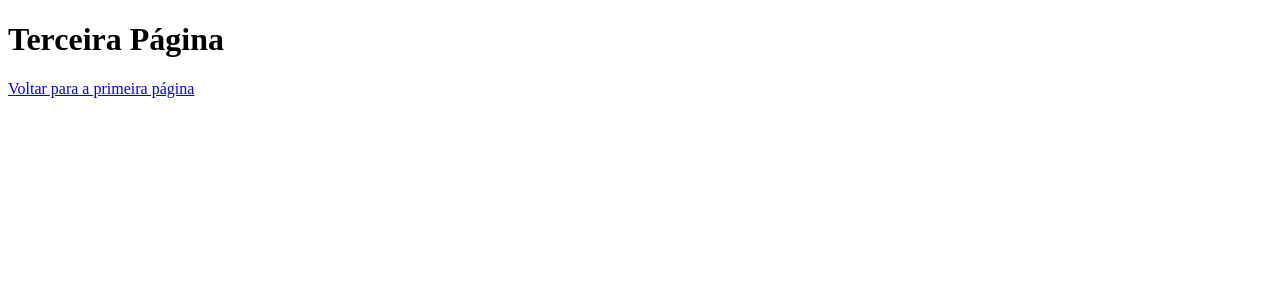
Repository: Guillermomarcon/exercicios
Page: ex0010/index3.html
The author's editor kept a copy of each file at every save. The page is drawn from the files as they stood at one save, then again after the next save.
The browser window is 1280 px wide. The pictures show the whole page.

Above is the page before, as saved 2020-12-14 00:17:17.

After the next save:
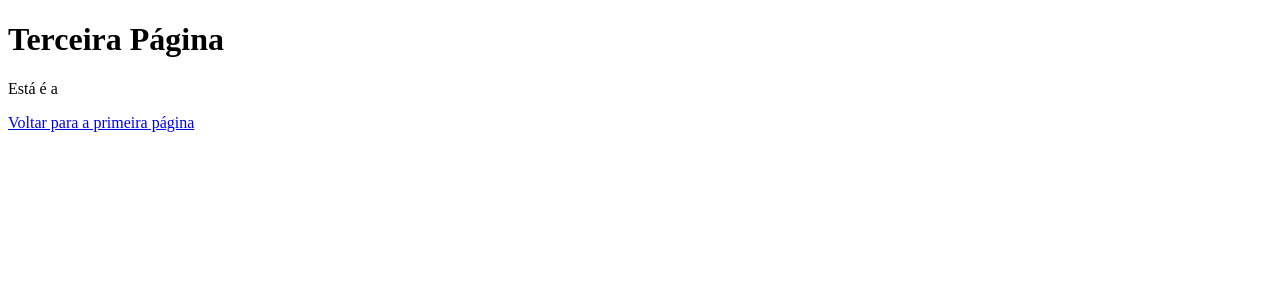
Saved 6 s later.
--- a/ex0010/index3.html
+++ b/ex0010/index3.html
@@ -7,7 +7,7 @@
 </head>
 <body>
     <h1>Terceira Página</h1>
-    <p></p>
+    <p>Está é a </p>
     <p> <a href="index.html">Voltar para a primeira página</a></p>
 
 </body>
